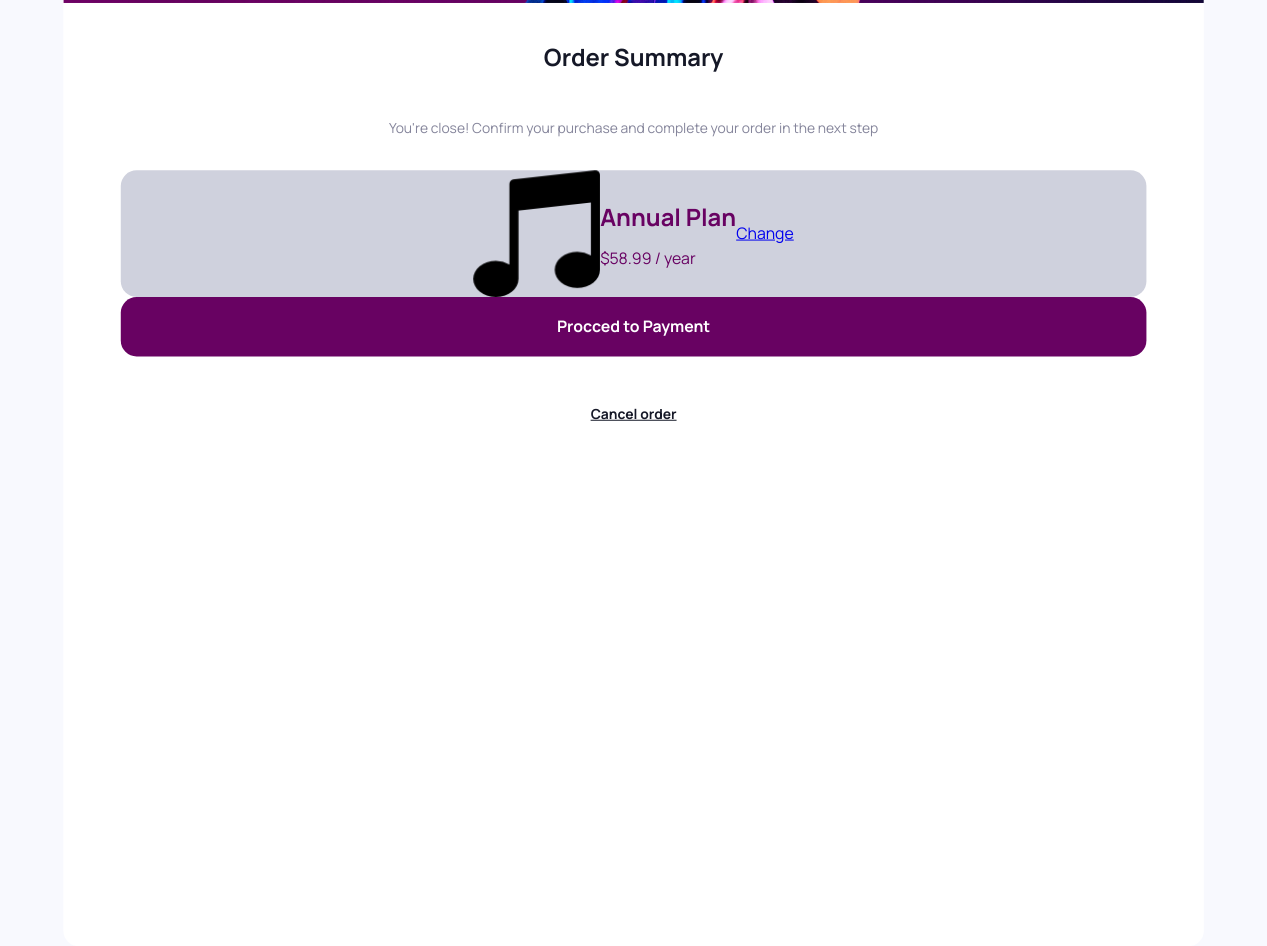
Repository: ssynowiec/INVO-Academy-solution
Page: /
An editor plug-in stored every save of this project. The page is shown before and after the next save, followed by the edit.
The browser window is 1280 px wide. The pictures show the whole page, at 99% of full size.
The project was rebuilt for these pictures with package versions that can differ from the ones it lists, and the page was loaded fresh each time.

Above is the page before, as saved 2023-02-16 10:11:26.

### index.html
<!DOCTYPE html>
<html lang="en">

<head>
  <meta charset="UTF-8" />
  <link rel="icon" type="image/svg+xml" href="/vite.svg" />
  <meta name="viewport" content="width=device-width, initial-scale=1.0" />
  <title>INVO Academy JS Starter with Vite</title>
</head>

<!-- In order to start your challenge, remove all the content inside <div id="home-page"></div> and start coding :) -->

<body>
  <div id="home-page" class="container">
    <section class="order">
      <img src="/images/girl.jpeg" alt="" class="order-image">
      <h1 class="order-title">Order Summary</h1>
      <p class="order-description">You're close! Confirm your purchase and complete your order in the next step</p>
      <div class="order-summary">
        <img src="/images/music.png" alt="" class="order-icon">
        <div>
          <h2>Annual Plan</h2>
          <p>$58.99 / year</p>
        </div>
        <a href="#">Change</a>
      </div>
      <button class="order-button">Procced to Payment</button>
      <a href="#" class="order-link">Cancel order</a>
    </section>
  </div>

  <script type="module" src="/src/global-scripts/main.js"></script>
  <script type="module" src="/src/pages/home-page/scripts/home-page.js"></script>
</body>

</html>

### src/pages/home-page/scripts/home-page.js
/// Homepage JavaScript File
/// Here we import all the JavaScript files we need for our homepage.

import '../styles/home-page.scss';

### src/global-styles/style.scss
/// Main Styles File
/// Here we import all the global Styles files we need for our project.

@import 'styles/normalize.scss';
@import 'styles/root.scss';
@import 'styles/fonts.scss';

body {
	font-family: 'Manrope', sans-serif;
	color: var(--color-primary);
	background-color: var(--color-background);
	display: flex;
	justify-content: center;
	align-items: center;
	height: 100vh;
}

p {
	color: var(--color-on-surface);
}

### src/pages/home-page/styles/home-page.scss
/// Homepage Styles File
/// Here we import all the Styles files we need for our Homepage.

.container {
	display: flex;
	justify-content: center;
}

.order {
	display: flex;
	flex-direction: column;
	justify-content: between;
	align-items: center;
	width: 90%;
	border-radius: 16px;
	overflow: hidden;
	background-color: var(--color-white);

	&-image {
		width: 100%;
		height: 20%;
		object-fit: cover;
	}

	&-title {
		font-weight: bold;
		padding-top: 25px;
		font-size: 24px;
		color: var(--color-title);
	}

	&-description {
		font-size: 14px;
		padding: 20px;
		color: var(--color-body);
		text-align: center;
	}

	&-summary {
		display: flex;
		justify-content: center;
		align-items: center;
		width: 90%;
		border-radius: 16px;
		background-color: var(--color-stroke);
	}

	&-button {
		width: 90%;
		height: 60px;
		padding: 10px;
		border-radius: 16px;
		font-weight: bold;
		font-size: 16px;
		line-height: 160%;
		letter-spacing: -1%;
		border: none;
		background-color: var(--color-primary);
		color: var(--color-white);
		cursor: pointer;

		&:hover {
			background-color: var(--color-primary-hover);
		}
	}

	&-link {
		letter-spacing: -1%;
		padding-top: 50px;
		font-size: 14px;
		font-weight: bold;
		color: var(--color-title);
	}
}

### src/global-styles/styles/root.scss
/// Root Styles file
/// Here we define all the root variables we need for our project.
/// For examples see Material Design color system: https://m2.material.io/design/color/the-color-system.html

:root {
	--color-primary: #680262;
	--color-primary-hover: #490245;
	--color-background: #f8f9fe;
	--color-title: #151827;
	--color-body: #85859b;
	--color-stroke: #cfd1dd;
	--color-white: #ffffff;
}

### src/global-styles/styles/fonts.scss
/// Main Fonts File
/// Here we import all the fonts files we need for our project.

@import url('https://fonts.googleapis.com/css2?family=Manrope:wght@200;300;400;500;600;700;800&display=swap');

Loaded but not shown: src/global-scripts/main.js (common file); src/global-styles/styles/normalize.scss (common file)

After the next save:
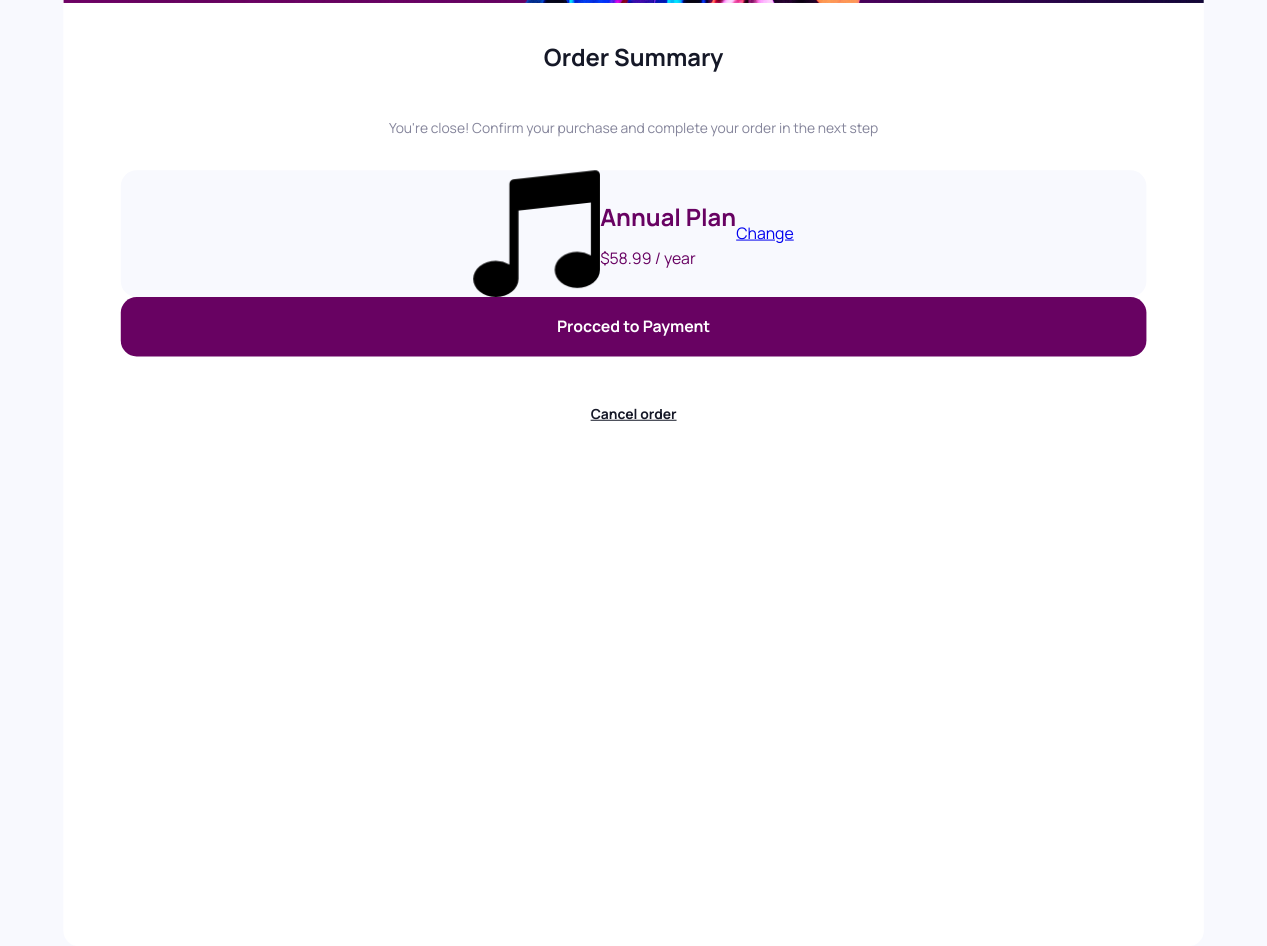
Saved 61 s later.
--- a/src/pages/home-page/styles/home-page.scss
+++ b/src/pages/home-page/styles/home-page.scss
@@ -42,7 +42,7 @@
 		align-items: center;
 		width: 90%;
 		border-radius: 16px;
-		background-color: var(--color-stroke);
+		background-color: var(--color-background);
 	}
 
 	&-button {
